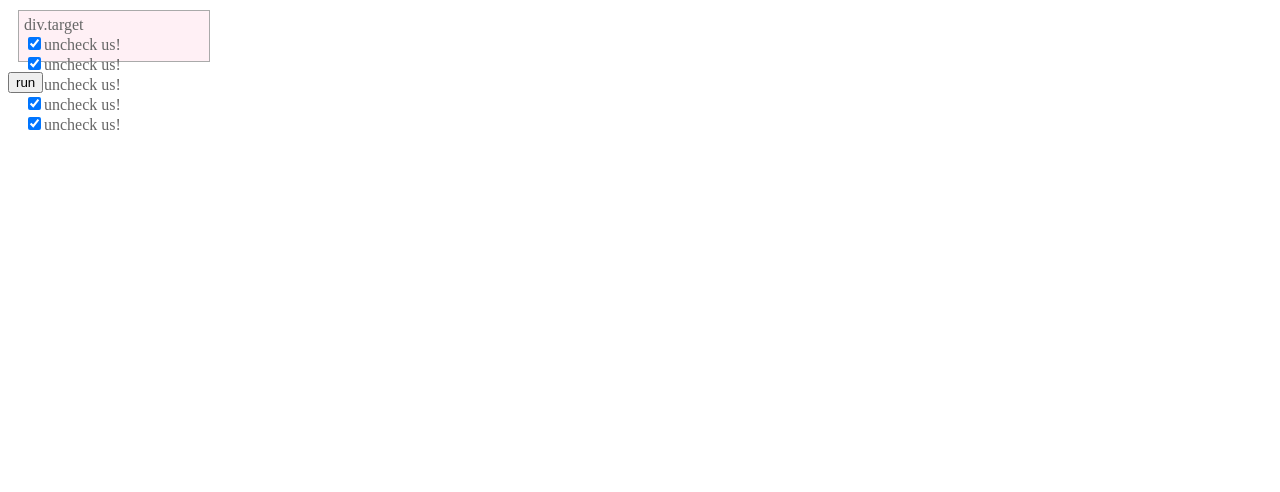
Repository: silenttemplar/java_start_project
Page: hansung_ee_2014/hansung_jquery_exercise/WebContent/uncheck_check_box.html
The author's editor kept a copy of each file at every save. The page is drawn from the files as they stood at one save, then again after the next save.
The browser window is 1280 px wide. The pictures show the whole page.

Above is the page before, as saved 2014-08-27 06:23:56.

After the next save:
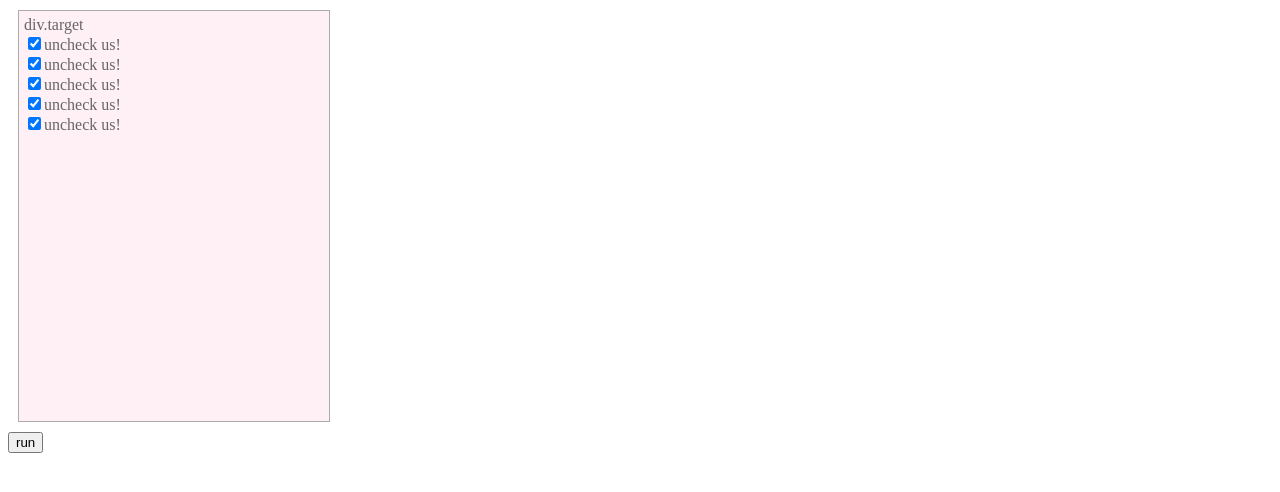
Saved 22 s later.
--- a/hansung_ee_2014/hansung_jquery_exercise/WebContent/uncheck_check_box.html
+++ b/hansung_ee_2014/hansung_jquery_exercise/WebContent/uncheck_check_box.html
@@ -17,7 +17,7 @@
 </head>
 <body>
 <div class="target" style="color: rgb(102, 102, 102);
-		 width: 180px; height: 40px;
+		 width: 300px; height: 400px;
 		  border: 1px solid rgb(170, 170, 170);
 		   background-color: rgb(255, 240, 245);
 		    margin: 10px; padding: 5px;">div.target<br>
